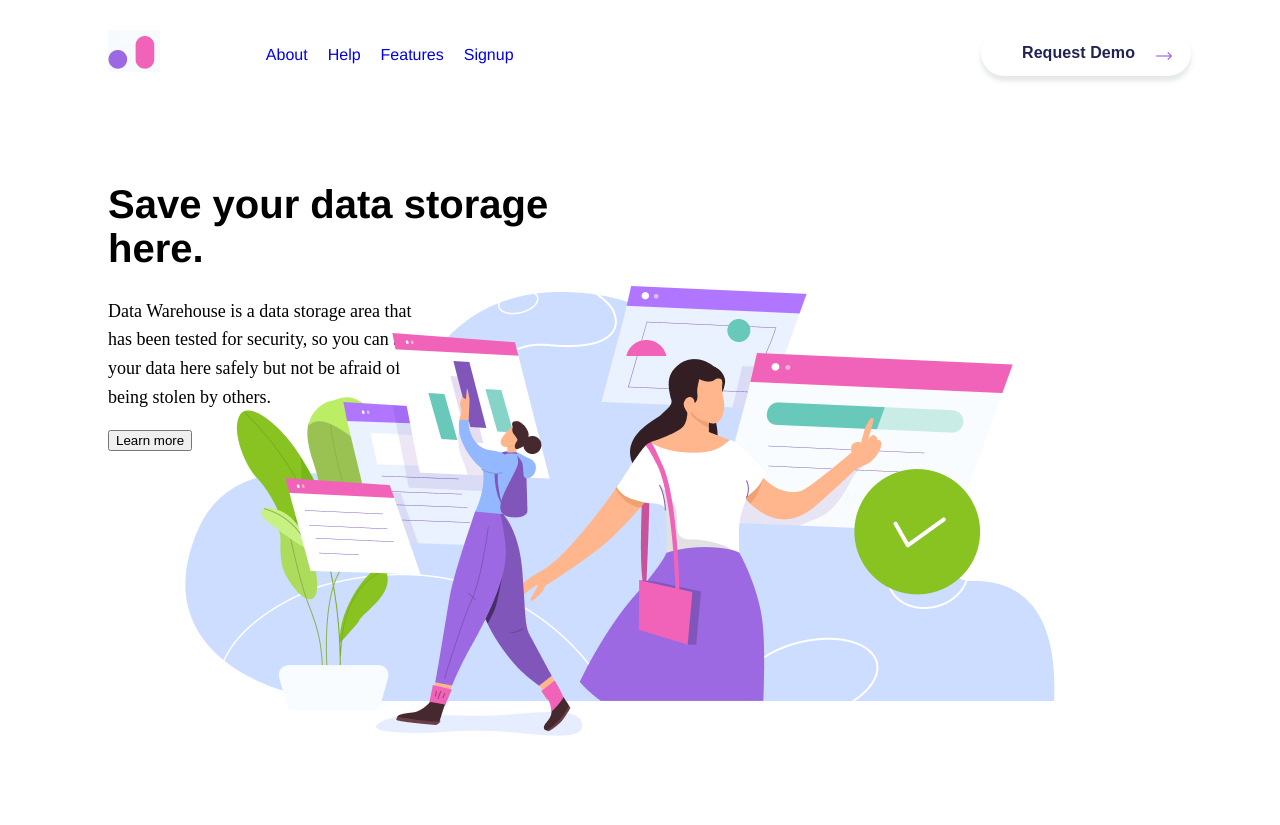
Repository: batonAnton/HW6_flexbox
Page: index.html
An editor plug-in stored every save of this project. The page is shown before and after the next save, followed by the edit.
The browser window is 1280 px wide. The pictures show the whole page.
Some web fonts or font styles are not loaded; a fallback is used.

Above is the page before, as saved 2022-06-17 17:39:47.

### index.html
<!DOCTYPE html>
<html lang="en">
<head>
    <meta charset="UTF-8">
    <meta http-equiv="X-UA-Compatible" content="IE=edge">
    <meta name="viewport" content="width=device-width, initial-scale=1.0">
    <link href="http://fonts.cdnfonts.com/css/helvetica-neue-9" rel="stylesheet">
    <link rel="stylesheet" href="/css/style.css">
    <title>FlexBox</title>
</head>
<body>
    <header>
        <div class="logo">
            <img src="./images/logo.png" alt="logo">
        </div>

        <nav>
            <ul>
                <li>
                    <a href="#">about</a>
                </li>
                <li>
                    <a href="#">help</a>
                </li>
                <li>
                    <a href="#">features</a>
                </li>
                <li>
                    <a href="#">signup</a>
                </li>
            </ul>
        </nav>

        <div class="header-btn">
            <div>
                <button>request demo</button>
            </div>
            <div class="btn-img">
                <img src="./images/right-arrow.png" alt="arrow-right" >
            </div>
        </div>
    </header>

    <div class="section">
        <div class="info">
            <h1>Save your data storage here.</h1>
            <p>Data Warehouse is a data storage area that <br>has been
                tested for security, so you can store <br> your data here
                safely but not be afraid of <br> being stolen by others.</p>
            <button>Learn more</button>
        </div>

        <div class="section-img">
            <img src="./images/headerImg.png" alt="">
        </div>
    </div>
</body>
</html>

### css/style.css
body {
  box-sizing: border-box;
  font-family: 'Avenir';
  src: url('../fonts/Avenir.eot?#iefix') format('embedded-opentype'),  url('../fonts/Avenir.woff') format('woff'), url('../fonts/Avenir.ttf')  format('truetype'), url('../fonts/Avenir.svg#Avenir') format('svg');
}

header {
  display: flex;
  margin: 30px 100px;
  justify-content: space-between;
  /* border: 1px solid gray; */
  font-family: 'Avenir', Helvetica, sans-serif;
  font-size: 16px;

}

nav{
  margin-right:40%;
}

nav ul  {
  display: flex;
  list-style: none;
  color:#4B5D68;
}



nav ul li a{
    text-decoration: none;
    padding-left: 20px;
    text-transform: capitalize;
}

.header-btn{
    display: flex;
    justify-content: center;
}

.header-btn button{
    padding: 15px 30px 15px 15px;
    text-transform: capitalize;
    border: none;
    border-radius: 50px;
    background: #FFFFFF;
    box-shadow: 0px 5px 5px rgb(75 93 104 / 15%);
    width: 210px;
    color: #212353;
    font-size: 16px;
    font-weight: 800;
    line-height: 100%;
    letter-spacing: 0.005em;

}

.btn-img{
    margin-left: -35px;
    padding-left: -15px;
    align-self: center;
}




button img{
    padding-top: 5px;
    margin-left: 5px;
}

button:hover{
    border: 1px solid rgba(156, 105, 226, 1);
    text-decoration: underline;
}

.section{
    display: flex;
    margin: 70px 100px;
    position: relative;
    height: 600px;
    overflow: hidden;
}

.info{
    width: 50%;
}

.section h1{
    font-style: normal;
    font-weight: 700;
    font-size: 40px;
    line-height: 110%;
    font-family: 'Helvetica Neue', sans-serif;
}

.section p{
    font-family: 'Avenir';
    font-style: normal;
    font-weight: 500;
    font-size: 18px;
    line-height: 160%;
}

.section-img{
    width: 470px;
    position: absolute;
    bottom: 0;
    right: 50%;


}

After the next save:
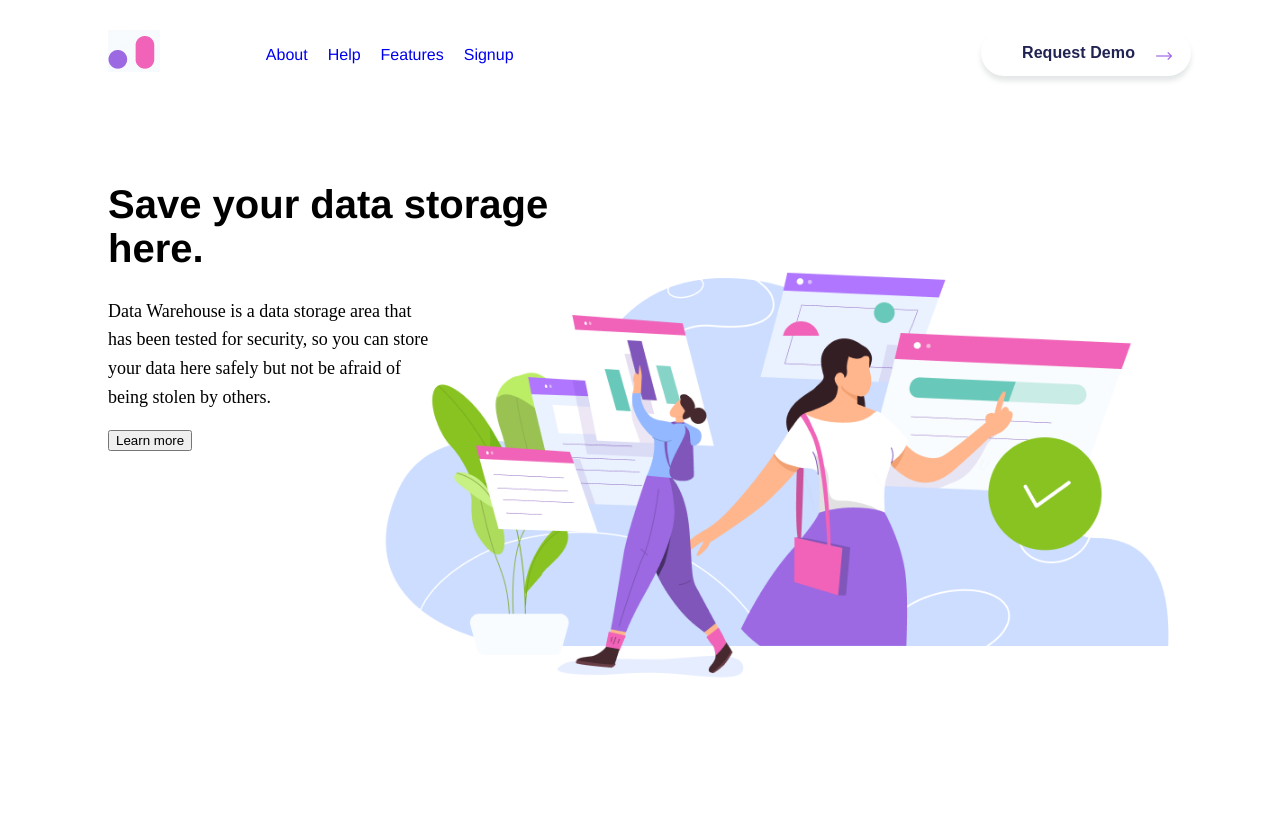
Saved 2 min 35 s later.
--- a/css/style.css
+++ b/css/style.css
@@ -1,7 +1,10 @@
 body {
   box-sizing: border-box;
-  font-family: 'Avenir';
-  src: url('../fonts/Avenir.eot?#iefix') format('embedded-opentype'),  url('../fonts/Avenir.woff') format('woff'), url('../fonts/Avenir.ttf')  format('truetype'), url('../fonts/Avenir.svg#Avenir') format('svg');
+  font-family: "Avenir";
+  src: url("../fonts/Avenir.eot?#iefix") format("embedded-opentype"),
+    url("../fonts/Avenir.woff") format("woff"),
+    url("../fonts/Avenir.ttf") format("truetype"),
+    url("../fonts/Avenir.svg#Avenir") format("svg");
 }
 
 header {
@@ -9,102 +12,95 @@ header {
   margin: 30px 100px;
   justify-content: space-between;
   /* border: 1px solid gray; */
-  font-family: 'Avenir', Helvetica, sans-serif;
+  font-family: "Avenir", Helvetica, sans-serif;
   font-size: 16px;
-
 }
 
-nav{
-  margin-right:40%;
+nav {
+  margin-right: 40%;
 }
 
-nav ul  {
+nav ul {
   display: flex;
   list-style: none;
-  color:#4B5D68;
+  color: #4b5d68;
 }
 
-
-
-nav ul li a{
-    text-decoration: none;
-    padding-left: 20px;
-    text-transform: capitalize;
+nav ul li a {
+  text-decoration: none;
+  padding-left: 20px;
+  text-transform: capitalize;
 }
 
-.header-btn{
-    display: flex;
-    justify-content: center;
+.header-btn {
+  display: flex;
+  justify-content: center;
 }
 
-.header-btn button{
-    padding: 15px 30px 15px 15px;
-    text-transform: capitalize;
-    border: none;
-    border-radius: 50px;
-    background: #FFFFFF;
-    box-shadow: 0px 5px 5px rgb(75 93 104 / 15%);
-    width: 210px;
-    color: #212353;
-    font-size: 16px;
-    font-weight: 800;
-    line-height: 100%;
-    letter-spacing: 0.005em;
-
+.header-btn button {
+  padding: 15px 30px 15px 15px;
+  text-transform: capitalize;
+  border: none;
+  border-radius: 50px;
+  background: #ffffff;
+  box-shadow: 0px 5px 5px rgb(75 93 104 / 15%);
+  width: 210px;
+  color: #212353;
+  font-size: 16px;
+  font-weight: 800;
+  line-height: 100%;
+  letter-spacing: 0.005em;
 }
 
-.btn-img{
-    margin-left: -35px;
-    padding-left: -15px;
-    align-self: center;
+.btn-img {
+  margin-left: -35px;
+  padding-left: -15px;
+  align-self: center;
 }
 
-
-
-
-button img{
-    padding-top: 5px;
-    margin-left: 5px;
+button img {
+  padding-top: 5px;
+  margin-left: 5px;
 }
 
-button:hover{
-    border: 1px solid rgba(156, 105, 226, 1);
-    text-decoration: underline;
+button:hover {
+  border: 1px solid rgba(156, 105, 226, 1);
+  text-decoration: underline;
 }
 
-.section{
-    display: flex;
-    margin: 70px 100px;
-    position: relative;
-    height: 600px;
-    overflow: hidden;
+.section {
+  display: flex;
+  margin: 70px 100px;
+  position: relative;
+  height: 600px;
+  overflow: hidden;
 }
 
-.info{
-    width: 50%;
+.info {
+  width: 50%;
 }
 
-.section h1{
-    font-style: normal;
-    font-weight: 700;
-    font-size: 40px;
-    line-height: 110%;
-    font-family: 'Helvetica Neue', sans-serif;
+.section h1 {
+  font-style: normal;
+  font-weight: 700;
+  font-size: 40px;
+  line-height: 110%;
+  font-family: "Helvetica Neue", sans-serif;
 }
 
-.section p{
-    font-family: 'Avenir';
-    font-style: normal;
-    font-weight: 500;
-    font-size: 18px;
-    line-height: 160%;
+.section p {
+  font-family: "Avenir";
+  font-style: normal;
+  font-weight: 500;
+  font-size: 18px;
+  line-height: 160%;
 }
 
-.section-img{
-    width: 470px;
-    position: absolute;
-    bottom: 0;
-    right: 50%;
-
-
+.section-img {
+  position: absolute;
+  bottom: 10%;
+  right: -8%;
 }
+.section-img img {
+  width: 90%;
+}
